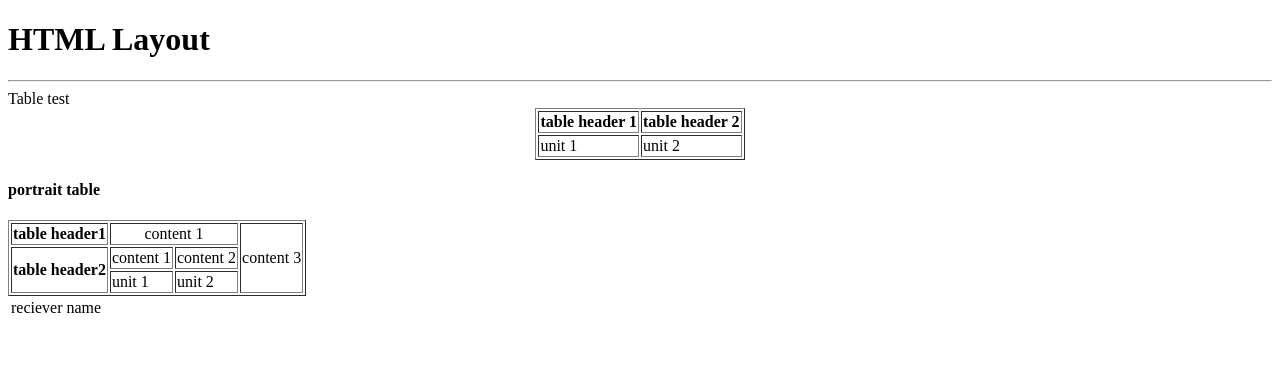
Repository: libelosophy/anjoyo
Page: workspace/QTalk/WebContent/html/table.html
The author's editor kept a copy of each file at every save. The page is drawn from the files as they stood at one save, then again after the next save.
The browser window is 1280 px wide. The pictures show the whole page.

Above is the page before, as saved 2013-09-09 11:42:18.

### workspace/QTalk/WebContent/html/table.html
<!DOCTYPE html>
<html>
<head>
<title>HTML Layout</title>
<meta name="author" content="jh">

</head>

<h1> HTML Layout </h1>
<body>
<hr />


	<table border="1" align="center"> Table test
		<tr>
			<th>table header 1</th>
			<th>table header 2</th>
		</tr>
		<tr>
			<td>unit 1</td>
			<td>unit 2</td>
		</tr>
	</table>

	<h4> portrait table </h4>
	<table border="1">
		<tr>
			<th> table header1</th>
			<td colspan="2" align="center"> content 1</td>
			<td rowspan ="3"> content 3</td>
		</tr>

		<tr>
			<th rowspan="2"> table header2</th>
			<td> content 1</td>
			<td> content 2</td>

		</tr>
		<tr>
			<td> unit 1 </td>
			<td> unit 2 </td>
		</tr>

	</table>

	<form action="提交到服务器的哪个页面" method="POST|GET">
		<table>
			<tr>
				<td> reciever name</td>
				<td> </td>
			</tr>

		</table>
	</form>


</body>
</html>

After the next save:
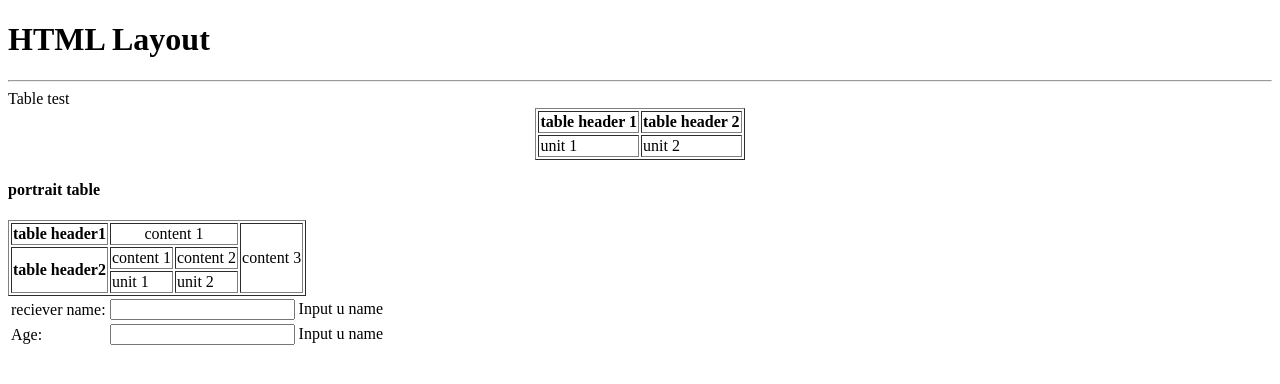
Saved 2 min 32 s later.
--- a/workspace/QTalk/WebContent/html/table.html
+++ b/workspace/QTalk/WebContent/html/table.html
@@ -46,10 +46,18 @@
 	<form action="提交到服务器的哪个页面" method="POST|GET">
 		<table>
 			<tr>
-				<td> reciever name</td>
-				<td> </td>
+				<td> reciever name:</td>
+				<td>
+					<input type="text" name="name" size="20"/> Input u name
+				</td>
 			</tr>
 
+			<tr>
+				<td> Age: </td>
+				<td>
+					<input type="number" name="age" size="20"/> Input u name
+				</td>
+			</tr>
 		</table>
 	</form>
 
